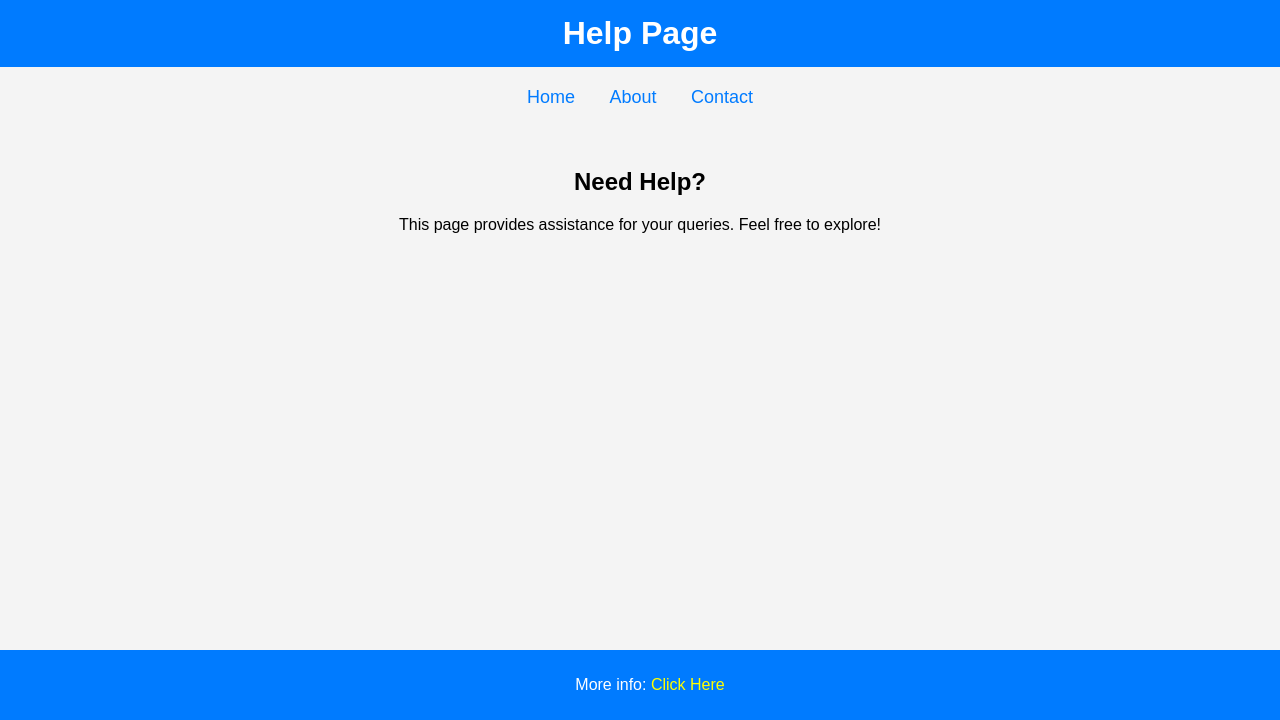
Repository: st0rmeed/fanatydiktatury
Page: helpwithliks.html
The author's editor kept a copy of each file at every save. The page is drawn from the files as they stood at one save, then again after the next save.
The browser window is 1280 px wide. The pictures show the whole page.

Above is the page before, as saved 2025-03-01 17:28:00.

After the next save:
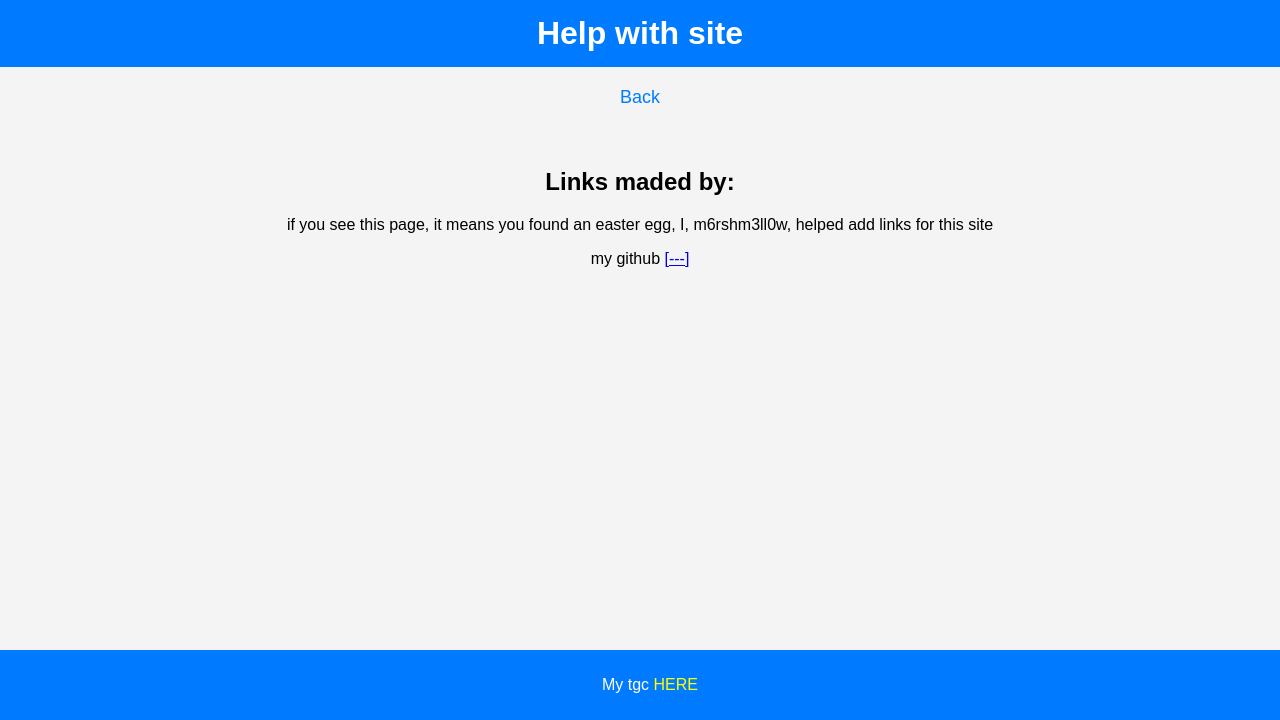
Saved 4 min 35 s later.
--- a/helpwithliks.html
+++ b/helpwithliks.html
@@ -54,19 +54,18 @@
 </head>
 <body>
     <header>
-        <h1>Help Page</h1>
+        <h1>Help with site</h1>
     </header>
     <nav>
-        <a href="index.html">Home</a>
-        <a href="about.html">About</a>
-        <a href="contact.html">Contact</a>
+        <a href="index.html">Back</a>
     </nav>
     <main>
-        <h2>Need Help?</h2>
-        <p>This page provides assistance for your queries. Feel free to explore!</p>
+        <h2>Links maded by:</h2>
+        <p>if you see this page, it means you found an easter egg, I, m6rshm3ll0w, helped add links for this site</p>
+        <p>my github <a href="https://github.com/m6rshm3ll0w">[---]</a></p>
     </main>
     <footer>
-        <p>More info: <a href="https://example.com">Click Here</a></p>
+        <p>My tgc <a href="https://t.me/t_dylics">HERE</a></p>
     </footer>
 </body>
 </html>
